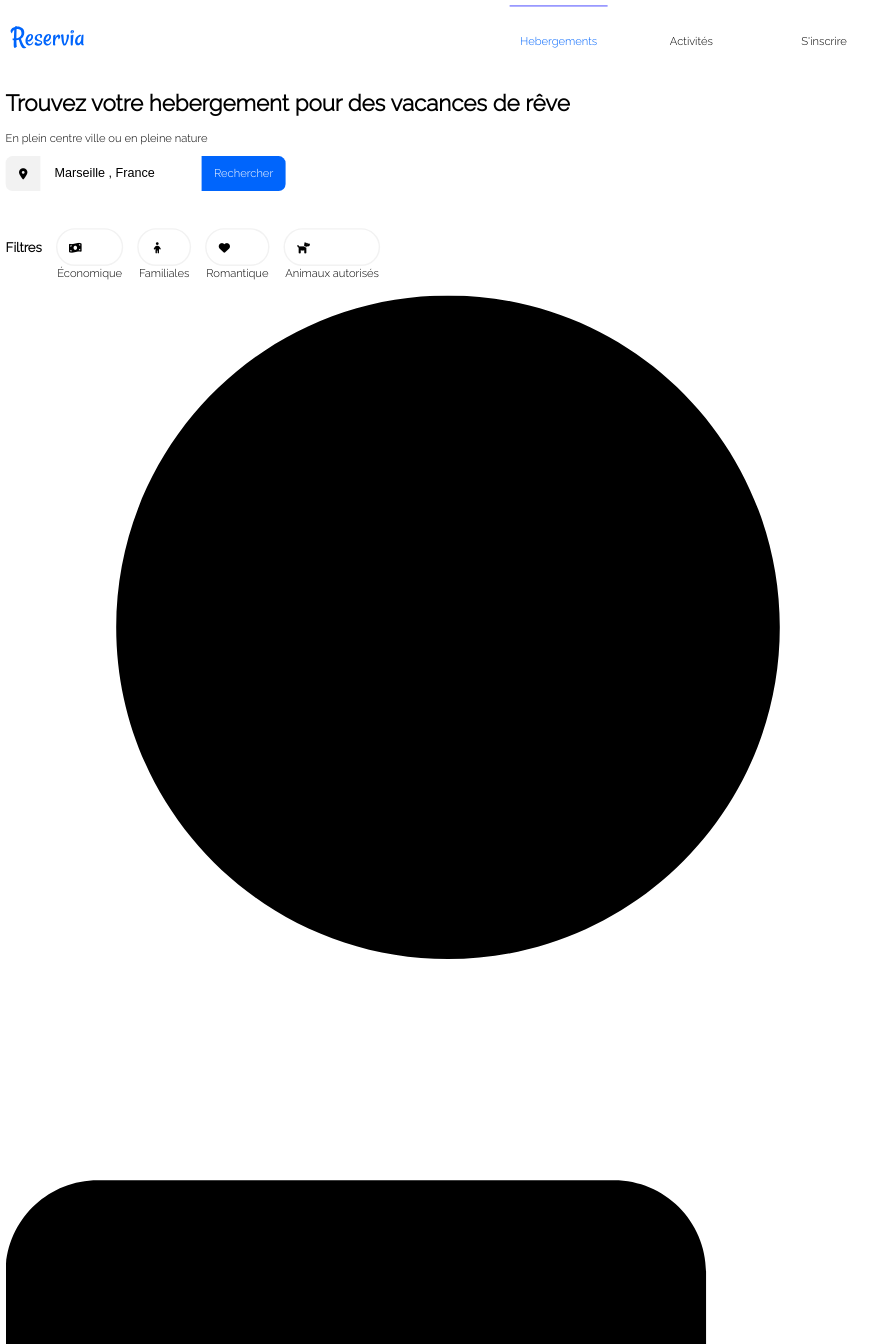
Repository: jaydeeonghub/DYLANBARBARISI_2_16062021
Page: index.html
The author's editor kept a copy of each file at every save. The page is drawn from the files as they stood at one save, then again after the next save.
The browser window is 1280 px wide. The pictures show the part of the page from y = 0 to 1920 px (the page is 61307 px tall), at 70% of full size.
Some web libraries are served in a nearby version.

Above is the page before, as saved 2021-07-07 15:49:26.

### index.html
<!DOCTYPE html>
<html lang="fr">
<head>
    <script src="https://kit.fontawesome.com/864c7a6a3c.js" crossorigin="anonymous"></script>
    <link href="//netdna.bootstrapcdn.com/font-awesome/3.2.1/css/font-awesome.css" rel="stylesheet">
    <link rel="preconnect" href="https://fonts.gstatic.com">
    <link href="https://fonts.googleapis.com/css2?family=Raleway:wght@300&display=swap" rel="stylesheet">
    <link rel="stylesheet" href="Assets\Style\Styles.css">
        <meta charset="UTF-8">
        <meta http-equiv="X-UA-Compatible" content="IE=edge">
        <meta name="viewport" content="width=device-width, initial-scale=1.0">
    <title>Reservia</title>
</head>
<body>
    <header>
    <div class="Barre_de_navigation"> <!--Barre de navigation-->
        <div>
        <img
             class="marglogo"
             src="Assets/Logo/Reservia@3x.png"
             alt="Logo Reservia Responsive"
             srcset="Assets/Logo/Reservia.svg"
             width="120px"
             height="50px"
        />
    </div>
<nav class="LiensNav flexAround">
        <div class=" LiensNav2 flexCentre bordureNav">
        <a class="colorBleu decorationNone" href="#Hebergements">Hebergements</a>
    </div>
        <div class="LiensNav2 flexCentre">
        <a class="LiensColor2 decorationNone" href="#Activités">Activités</a>
    </div>
        <div class="LiensNav2 flexCentre"
            <a class="colorBleu decorationNone" href="#S'inscrire">S'inscrire</a></div>
    </nav>
    </header>
<main>
    <h1 class="texteGras">
    Trouvez votre hebergement pour des vacances de rêve
    </h1> <!--Titre d'accroche de la landing page-->
    <p>En plein centre ville ou en pleine nature</p>
    <div class="filtre margFiltreTitre">
        <div class="backGris flexCentre iconSize">
            <i class="fas fa-map-marker-alt"></i></div>
        <div>
            <input
                class="recherche flexCentre bordureNone paddingSearch"
                type="search"
                value="Marseille , France"
                />
            </div>
        <div class="backBleu flexCentre buttonSearch">Rechercher</div>
          </div>
          <div class="filtre margFiltre">
              <div class="margFiltreTitre"><h3>Filtres</h3></div>
          <div class="filtreTexteIcons">
              <i class="fas fa-money-bill-wave filtreIcons flexCentre"></i>
              <div>Économique</div>
          </div>
          <div class="filtreTexteIcons">
              <i class="fas fa-child filtreIcons flexCentre"></i>
              <div>Familiales</div>
          </div>
          <div class="filtreTexteIcons">
              <i class="fas fa-heart filtreIcons flexCentre"></i>
              <div>Romantique</div>
          </div>
          <div class="filtreTexteIcons">
              <i class="fas fa-dog filtreIcons flexCentre"></i>
              <div>Animaux autorisés</div>
          </div>
        </div>

    <img src="Assets/Icons/info-solid.svg"> <p>Plus de 500 Logements sont disponibles dans cette ville</p> <!--Nombre approximatif de logements disponibles aux alentours-->




        <section>
            <aside>
                <h2>Hébergements à Marseille</h2>
        <div>
            <img src="Assets/Images/4_small/florian-wehde-xW9e8gdotxI-unsplash.jpg"
                      />
                <span>
                    Auberge de la Cannebière
                </span>
                <span>
                    Nuit à partir de 25 Euros
                </span>
                <div>
                    <i><img src="Assets/Icons/star-solid.svg"</i>
                    <i><img src="Assets/Icons/star-solid.svg"</i>
                    <i><img src="Assets/Icons/star-solid.svg"</i>
                    <i><img src="Assets/Icons/star-solid.svg"</i>
                    <i><img src="Assets/Icons/star-solid.svg"</i>
                </div>
        <div>
            <img src="Assets/Images/4_small/kevin-hikari-rV_Qd1l-VXg-unsplash.jpg"
                    />
                <span>
                    Hôtel du port
                </span>
                <span>
                    Nuit à partir de 52 Euros
                </span>
                    <div>
                        <i><img src="Assets/Icons/star-solid.svg"</i>
                        <i><img src="Assets/Icons/star-solid.svg"</i>
                        <i><img src="Assets/Icons/star-solid.svg"</i>
                        <i><img src="Assets/Icons/star-solid.svg"</i>
                        <i><img src="Assets/Icons/star-solid.svg"</i>
                    </div>

                    <div>
                    <img src="Assets/Images/4_small/kilyan-sockalingum-NR8-cBCN3aI-unsplash.jpg"
                    />

                    <span>
                        Hôtel Les mouettes
                    </span>

                    <span>
                        Nuit à partir de 76 Euros
                        </span>

                        <div>
                            <i><img src="Assets/Icons/star-solid.svg"</i>
                            <i><img src="Assets/Icons/star-solid.svg"</i>
                            <i><img src="Assets/Icons/star-solid.svg"</i>
                            <i><img src="Assets/Icons/star-solid.svg"</i>
                            <i><img src="Assets/Icons/star-solid.svg"</i>
                        </div>
                    </div>
                        <div>
                            <img src="Assets/Images/4_small/lena-paulin-wH2-EJoDcV0-unsplash.jpg"
                            />
                            <span>
                                Hôtel de la mer
                            </span>
                            <span>
                                Nuit à partir de 46 Euros
                            </span>
                            <div>
                                <i><img src="Assets/Icons/star-solid.svg"</i>
                                <i><img src="Assets/Icons/star-solid.svg"</i>
                                <i><img src="Assets/Icons/star-solid.svg"</i>
                                <i><img src="Assets/Icons/star-solid.svg"</i>
                                <i><img src="Assets/Icons/star-solid.svg"</i>
                            </div>
                            <div>
                                <img src="Assets/Images/4_small/paul-hermann-QFTrLdQIRhI-unsplash.jpg"
                                />
                                <span>
                                    Auberge Le Panier
                                </span>
                                <span>
                                    Nuit à partir de 23 Euros
                                </span>
                                <div>
                                    <i><img src="Assets/Icons/star-solid.svg"</i>
                                    <i><img src="Assets/Icons/star-solid.svg"</i>
                                    <i><img src="Assets/Icons/star-solid.svg"</i>
                                    <i><img src="Assets/Icons/star-solid.svg"</i>
                                    <i><img src="Assets/Icons/star-solid.svg"</i>
                                </div>
                                <div>
                                    <img src="Assets/Images/4_small/reno-laithienne-QUgJhdY5Fyk-unsplash.jpg"
                                    />
                                    <span>
                                        Hôtel Chez Amina
                                    </span>
                                    <span>
                                        Nuit à partir de 96 Euros
                                    </span>
                                    <div>
                                        <i><img src="Assets/Icons/star-solid.svg"</i>
                                        <i><img src="Assets/Icons/star-solid.svg"</i>
                                        <i><img src="Assets/Icons/star-solid.svg"</i>
                                        <i><img src="Assets/Icons/star-solid.svg"</i>
                                        <i><img src="Assets/Icons/star-solid.svg"</i>
                                    </div>

            </aside><!--Hebergements à Marseille-->
            <aside>
                <h2>Les plus populaires</h2>
                <img src="#icônegraphiqueenfleche"
        <div>
            <img src="Assets/Images/4_small/florian-wehde-xW9e8gdotxI-unsplash.jpg"
                      />
                <span>
                    Hôtel le soleil du matin
                </span>
                <span>
                    Nuit à partir de 128 Euros
                </span>
                <div>
                    <i><img src="Assets/Icons/star-solid.svg"</i>
                    <i><img src="Assets/Icons/star-solid.svg"</i>
                    <i><img src="Assets/Icons/star-solid.svg"</i>
                    <i><img src="Assets/Icons/star-solid.svg"</i>
                    <i><img src="Assets/Icons/star-solid.svg"</i>
                </div>
        <div>
            <img src="Assets/Images/4_small/kevin-hikari-rV_Qd1l-VXg-unsplash.jpg"
                    />
                <span>
                    Au coeur de l'eau Chambre d'hôtes
                </span>
                <span>
                    Nuit à partir de 71 Euros
                </span>
                    <div>
                        <i><img src="Assets/Icons/star-solid.svg"</i>
                        <i><img src="Assets/Icons/star-solid.svg"</i>
                        <i><img src="Assets/Icons/star-solid.svg"</i>
                        <i><img src="Assets/Icons/star-solid.svg"</i>
                        <i><img src="Assets/Icons/star-solid.svg"</i>
                    </div>

                    <div>
                    <img src="Assets/Images/4_small/kilyan-sockalingum-NR8-cBCN3aI-unsplash.jpg"
                    />

                    <span>
                        Hôtel tout bleu et blanc
                    </span>

                    <span>
                        Nuit à partir de 68 Euros
                        </span>

                        <div>
                            <i><img src="Assets/Icons/star-solid.svg"</i>
                            <i><img src="Assets/Icons/star-solid.svg"</i>
                            <i><img src="Assets/Icons/star-solid.svg"</i>
                            <i><img src="Assets/Icons/star-solid.svg"</i>
                            <i><img src="Assets/Icons/star-solid.svg"</i>
                        </div>
                    </div>

            </aside><!-- Les plus populaires-->
    </section>
        <section>
            <h2>Activités à Marseille</h2>
        <div>
            <div>
                <img src="Assets/Images/4_small/kilyan-sockalingum-NR8-cBCN3aI-unsplash.jpg"
                />

                <span>
                    Vieux Port
                </span>
            </div>
            <div>
                <img src="Assets/Images/4_small/kilyan-sockalingum-NR8-cBCN3aI-unsplash.jpg"
                />

                <span>
                    Fort de Pomègues
                </span>
            </div>
            <div>
                <img src="Assets/Images/4_small/kilyan-sockalingum-NR8-cBCN3aI-unsplash.jpg"
                />

                <span>
                    Îles du Frioul
                </span>
            </div>
            <div>
                <img src="Assets/Images/4_small/kilyan-sockalingum-NR8-cBCN3aI-unsplash.jpg"
                />

                <span>
                    Parc National des Calanques
                </span>
            </div>
            <div>
                <img src="Assets/Images/4_small/kilyan-sockalingum-NR8-cBCN3aI-unsplash.jpg"
                />

                <span>
                    Notre-Dame-de-la-Garde
                </span>
            </div>
            <div>
                <img src="Assets/Images/4_small/kilyan-sockalingum-NR8-cBCN3aI-unsplash.jpg"
                />

                <span>
                    Parc Longchamp
                </span>
            </div>
        </div>
        </section><!-- Activités à Marseille-->


    </main>
    <footer>
        <h5>À propos</h5>
            <a href="#Fonctionnementdusite">Fonctionnement du site</a>
            <a href="#CGV">Conditions générales de vente</a>
            <a href="Confidentialité">Données et confidentialité</a>

        <h5>Nos hébergements</h5>
            <a href="#chartequalité">Charte qualité</a>
            <a href="#Soumettrehôtel">Soumettre votre hôtel</a>


        <h5>Assistance</h5>
            <a href="#Centre d'aide">Centre d'aide</a>
            <a href="#Contact">Nous contacter</a>
    </footer>


</body>
</html>

### Assets/Style/Styles.css
*
html,body {font-family: Raleway;}

li {display: inline;}

a {text-decoration: none;}

.flexCentre {

    display: flex;
    justify-content: center;
    align-items: center;
}

.flexAround {

    display: flex;
    justify-content: space-around;
    align-items: center;
}
.flexBetween {
    display: flex;
    justify-content: space-between;
    align-items: center;
}
/* NAV */
.Barre_de_navigation {
    display: flex;
    justify-content: space-between;
    align-items: center;
    font-family: Raleway;
}
.bordureNav {
    border-top: 1px solid blue;
}
.bordureNav2 {
    border-top: 1px solid transparent;
}

.LiensNav {
    width: 45%;
}
.LiensNav2 {
    width: 140px;
    height: 99px;
}
.texteGras {

    font-weight: bold;
}
.sizeNav {
    height: 100px;
}



.LiensColor2 {
    color: black;
}
.marglogo {
    margin-bottom: 7px;
}

/* Colors */
.colorBleu {
    color: #0065fc;
}
.colorBleuClair {
    color: #deebff
}
.colorGris {
    color: #f2f2f2
}
.backBleu {
    background-color: #0065fc;
}
.backBleuClair {
    background-color: #deebff
}
.backGris {
    background-color: #f2f2f2
}

/* HEADER*/
.bordureSearch {
    width: 400px;
    border-radius: 10px;
    border: 0.5px solid #f2f2f2;
}
.paddingSearch {
    padding-left: 20px;
}
.recherche {
    height: 50px;
    width: 230px;
    font-size: 18px;
    color: black
    font-weight: bold
}
.iconSize {
    height: 50px;
    width: 50px;
    border-radius: 10px 0 0 10px;
}
.buttonSearch {
    height: 50px;
    width: 120px;
    color: white;
    cursor: pointer;
    border-radius: 0 10px 10px 0;
}
/* Filtres */

.filtre {
    display: flex;
    align-items: center;
}
.margFiltre {
    margin-top: 50px;
    margin-bottom: 40px;
}
.margFiltreTitre {
    margin-right: 20px;
}
.filtreTexteIcons {
    border: 2px solid #f2f2f2;
    height: 50px;
    border-radius: 30px;
    margin-right: 20px;
}
.filtreIcons {
    border-radius: 25px;
    width: 52px;
    height: 52px;
    color: #0065fc
    background-color: #deebff
}
.bordureNone {
    border-style: none
}

After the next save:
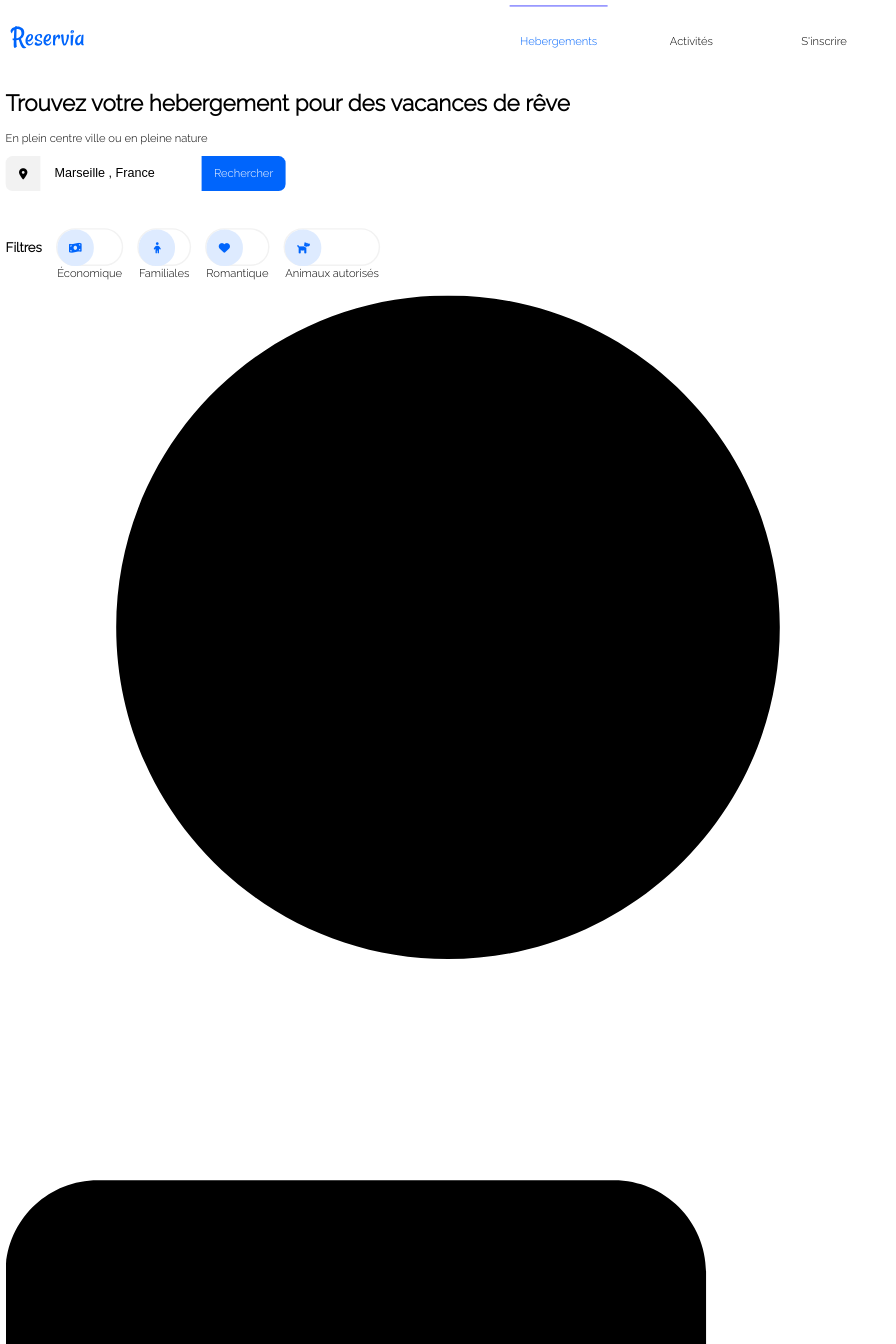
Saved 2 min 45 s later.
--- a/Assets/Style/Styles.css
+++ b/Assets/Style/Styles.css
@@ -132,8 +132,8 @@ a {text-decoration: none;}
     border-radius: 25px;
     width: 52px;
     height: 52px;
-    color: #0065fc
-    background-color: #deebff
+    color: #0065fc;
+    background-color: #deebff;
 }
 .bordureNone {
     border-style: none
